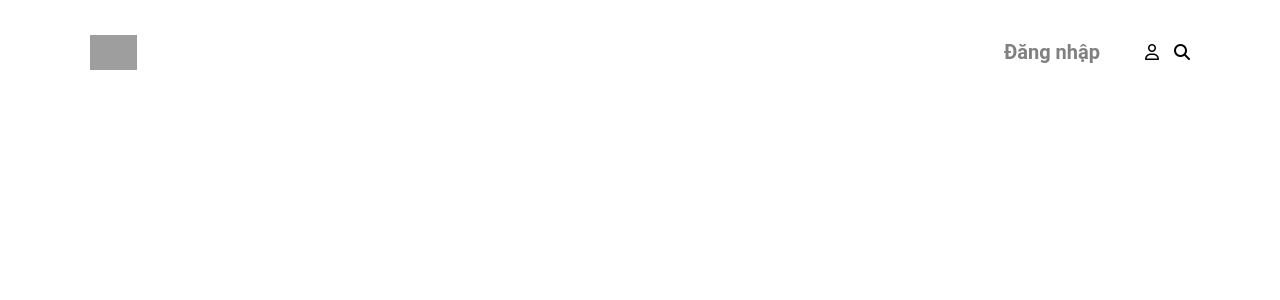
Repository: Dongnguyen318/Quydong
Page: Day 23/index.html
The author's editor kept a copy of each file at every save. The page is drawn from the files as they stood at one save, then again after the next save.
The browser window is 1280 px wide. The pictures show the whole page.
The pointer rests on the first visible `.btn`.
Pictures or frames that could not be fetched are drawn as grey boxes.

Above is the page before, as saved 2023-09-09 23:15:28.
Console error: ReferenceError: registerBtn is not defined

After the next save:
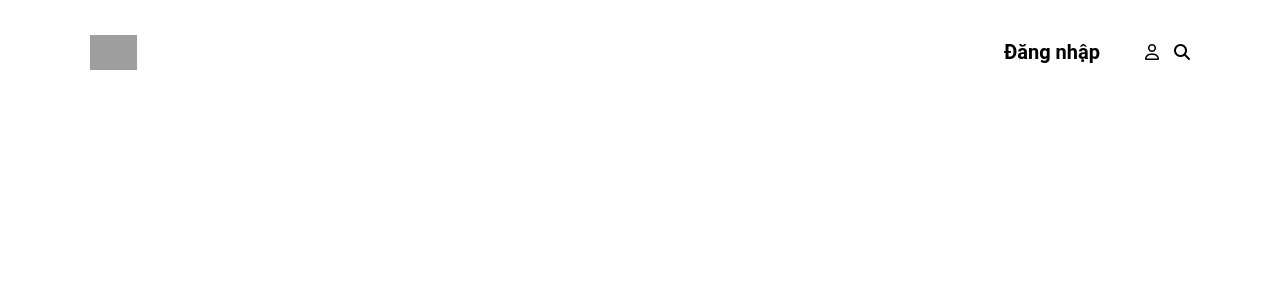
Saved 64 s later.
--- a/Day 23/assets/css.css
+++ b/Day 23/assets/css.css
@@ -58,6 +58,9 @@ button {
 
 .btn {
   color: gray;
+}
+.btn:hover {
+  color: black;
 }
 /* Main */
 .header {
